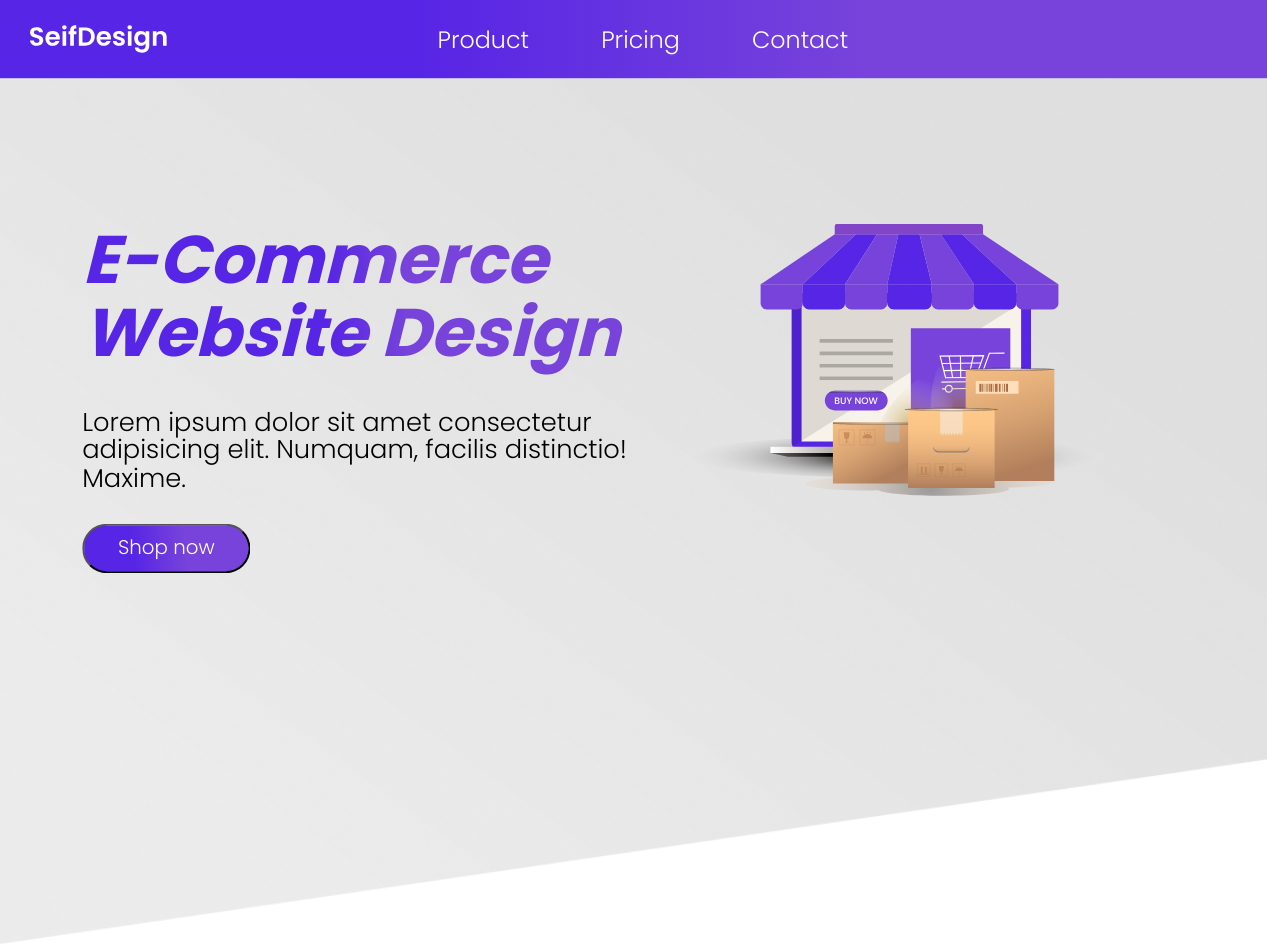
Repository: simralgasimov/newpage
Page: index.html
An editor plug-in stored every save of this project. The page is shown before and after the next save, followed by the edit.
The browser window is 1280 px wide. The pictures show the whole page, at 99% of full size.
The style sheet was rebuilt from its Sass, Less or Tailwind sources for each picture, by a compiler version that may differ from the author's.

Above is the page before, as saved 2023-12-13 14:51:58.
Not found: index.js

After the next save:
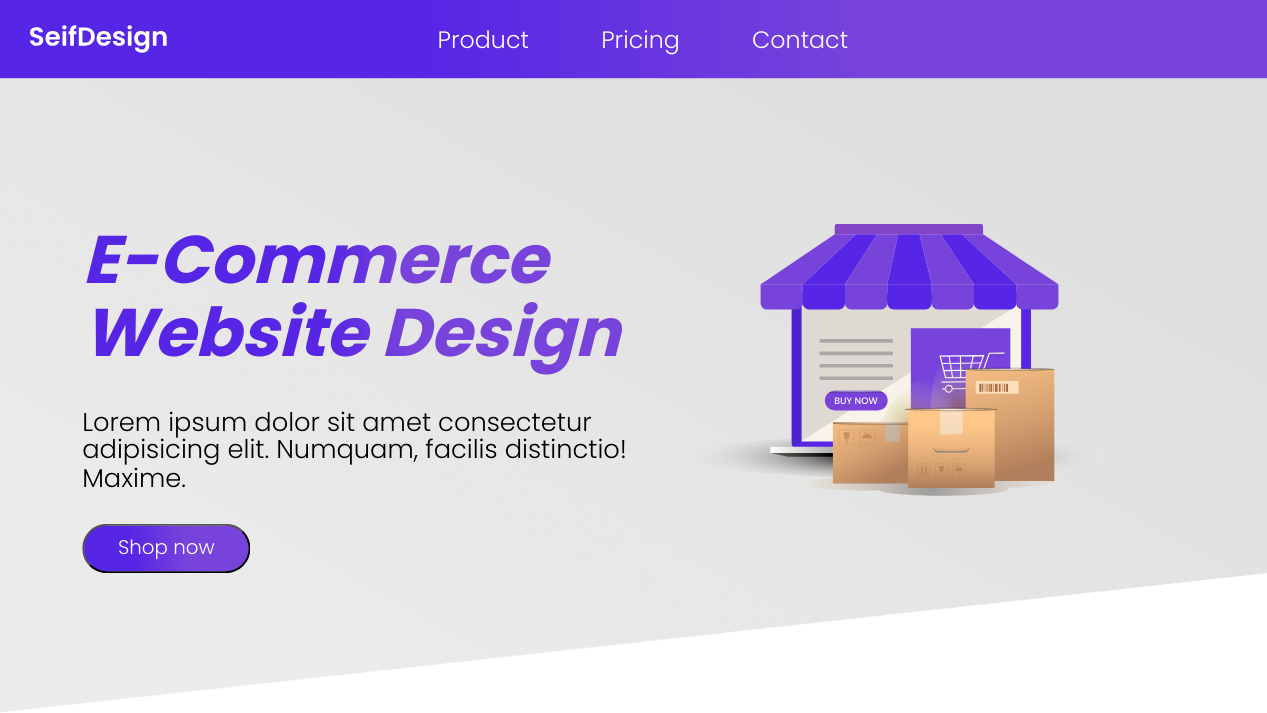
Saved 8 s later.
--- a/index.scss
+++ b/index.scss
@@ -69,7 +69,6 @@
         padding: 147px 164px 43px 83px;
         display: flex;
         justify-content: center;
-        height: 874.5px;
         .rightPage {
             h1 {
                 margin-bottom: 32px;
